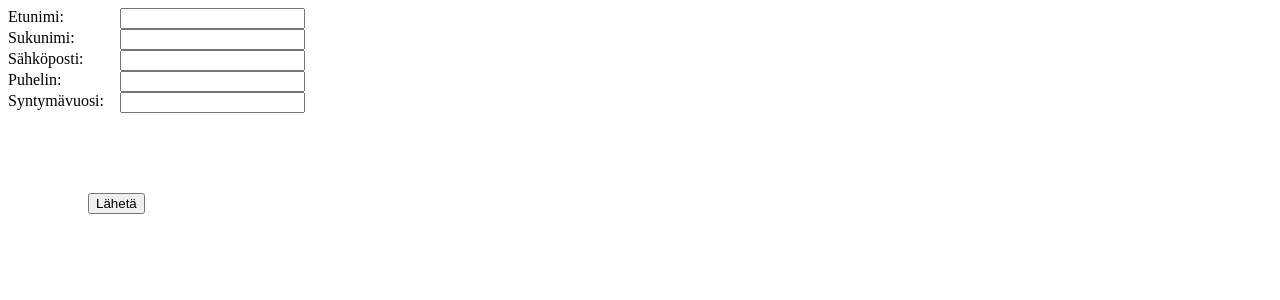
Repository: NellaPih/Asiakkaat
Page: http://localhost/Lomake/kysy.jsp
These files come from the project's save history. The page is drawn as it stood at one moment and after the next save; the edit follows.
The browser window is 1280 px wide. The pictures show the whole page.
The page is served by Tomcat 9.

Above is the page before, as saved 2020-04-17 12:37:23.

After the next save:
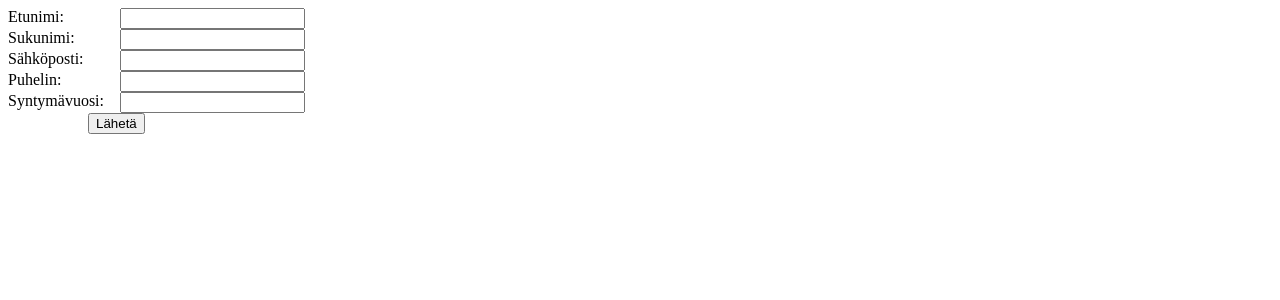
Saved 14 s later.
--- a/Lomake/WebContent/kysy.jsp
+++ b/Lomake/WebContent/kysy.jsp
@@ -13,7 +13,7 @@
 	   float: left;
     }
     .submit {
-    	margin: 6em;
+    	margin-left: 6em;
     }
 </style>
 <body>
